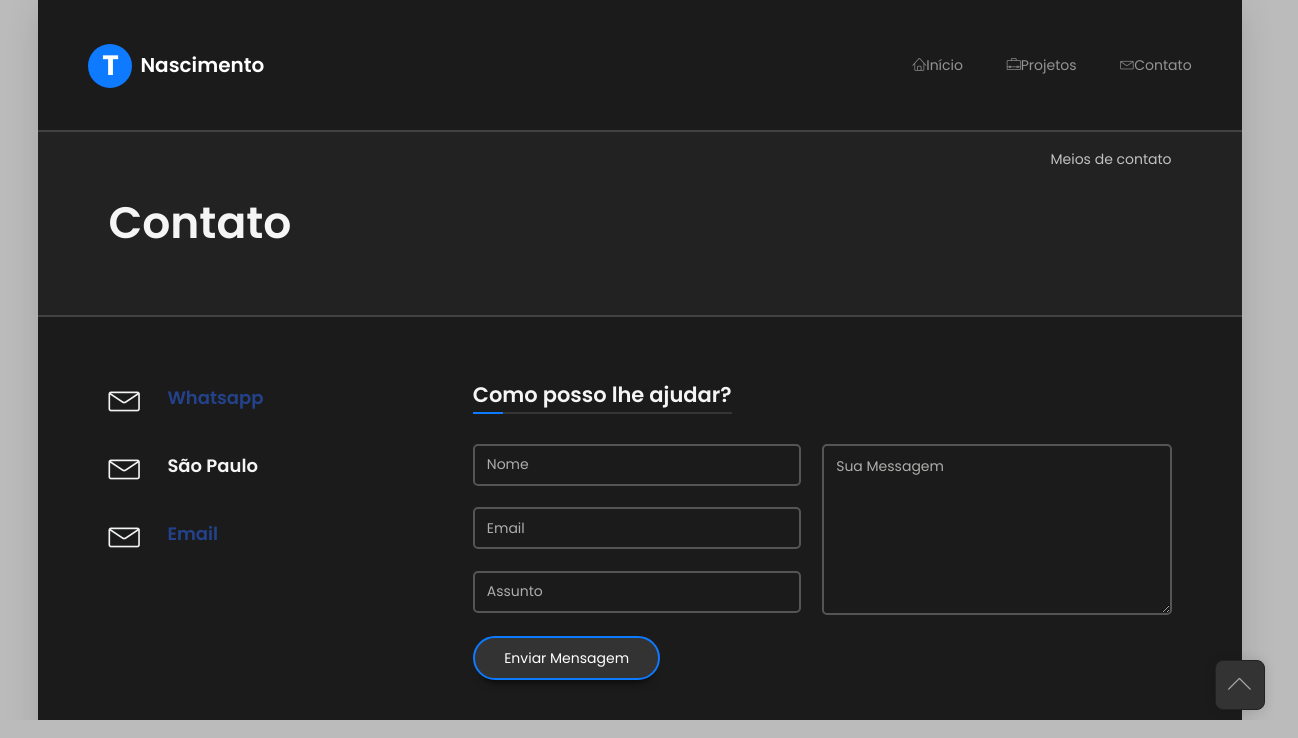
Repository: thmedu/Portfolio
Page: html/contact.html
These files come from the project's save history. The page is drawn as it stood at one moment and after the next save; the edit follows.
The browser window is 1280 px wide. The page is 1298 px wide, then 1295 px, then 1298 px, so the pictures cover 1298 px, including what lies to the right of the window. The pictures show the whole page.
An inner scrolling area shows only its first screen.

Above is the page before, as saved 2024-06-01 16:56:57.
Console error: ReferenceError: google is not defined

After the next save:
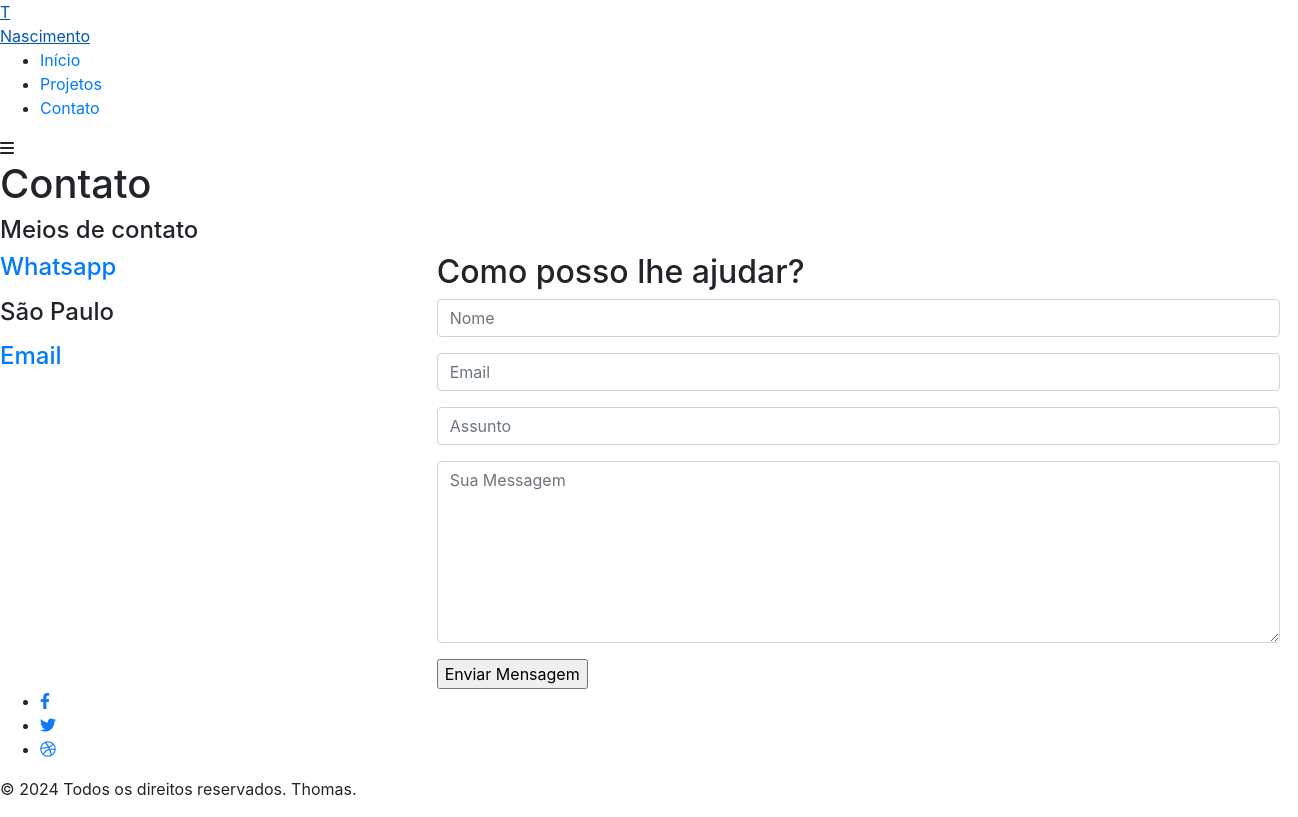
Not found: css/
Saved 10 s later.
--- a/html/contact.html
+++ b/html/contact.html
@@ -15,7 +15,7 @@
   <link rel="stylesheet" href="css/bootstrap.min.css" type="text/css">
   <link rel="stylesheet" href="css/owl.carousel.css" type="text/css">
   <link rel="stylesheet" href="css/magnific-popup.css" type="text/css">
-  <link rel="stylesheet" href="/css/main.css" type="text/css">
+  <link rel="stylesheet" href="/css/" type="text/css">
   <link rel="stylesheet" href="https://cdnjs.cloudflare.com/ajax/libs/font-awesome/6.0.0-beta3/css/all.min.css">
 
   <script src="https://cdn.lordicon.com/lordicon.js"></script>

After the save that followed:
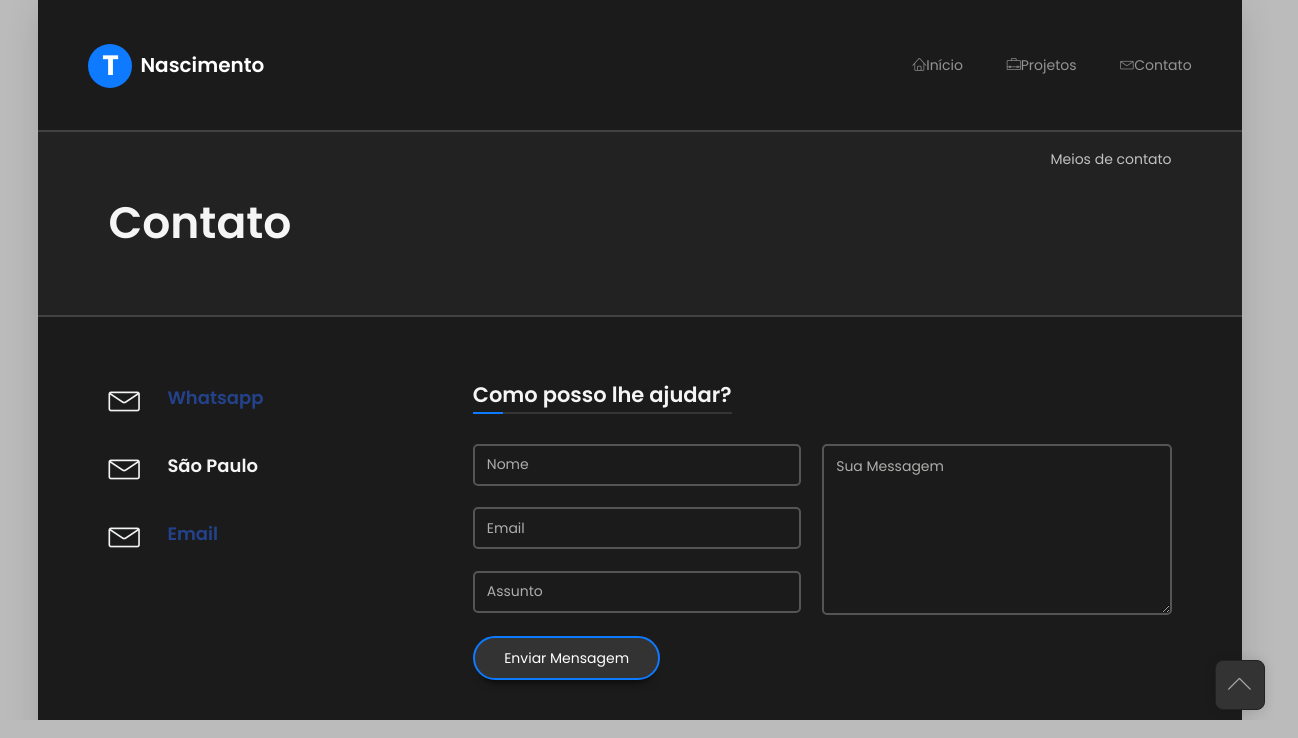
Saved 4 s later.
--- a/html/contact.html
+++ b/html/contact.html
@@ -15,7 +15,7 @@
   <link rel="stylesheet" href="css/bootstrap.min.css" type="text/css">
   <link rel="stylesheet" href="css/owl.carousel.css" type="text/css">
   <link rel="stylesheet" href="css/magnific-popup.css" type="text/css">
-  <link rel="stylesheet" href="/css/" type="text/css">
+  <link rel="stylesheet" href="/css/main.css" type="text/css">
   <link rel="stylesheet" href="https://cdnjs.cloudflare.com/ajax/libs/font-awesome/6.0.0-beta3/css/all.min.css">
 
   <script src="https://cdn.lordicon.com/lordicon.js"></script>
